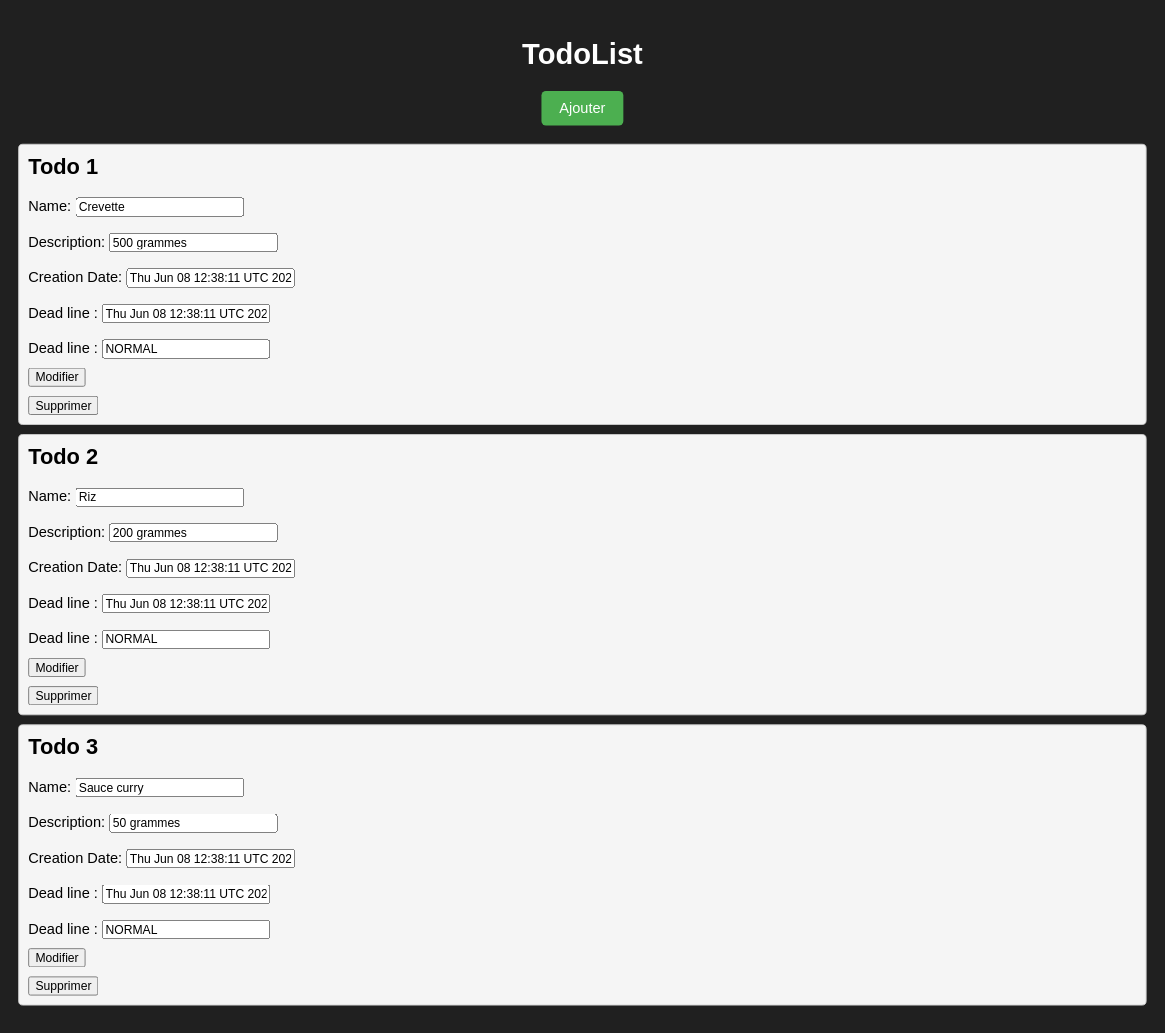
Repository: HugoGit-Hub/TodoList
Page: http://localhost/todo-list/TodoList
These files come from the project's save history. The page is drawn as it stood at one moment and after the next save; the edit follows.
The browser window is 1280 px wide. The pictures show the whole page, at 91% of full size.
The page is served by Tomcat 9.

Above is the page before, as saved 2023-06-08 17:17:48.

After the next save:
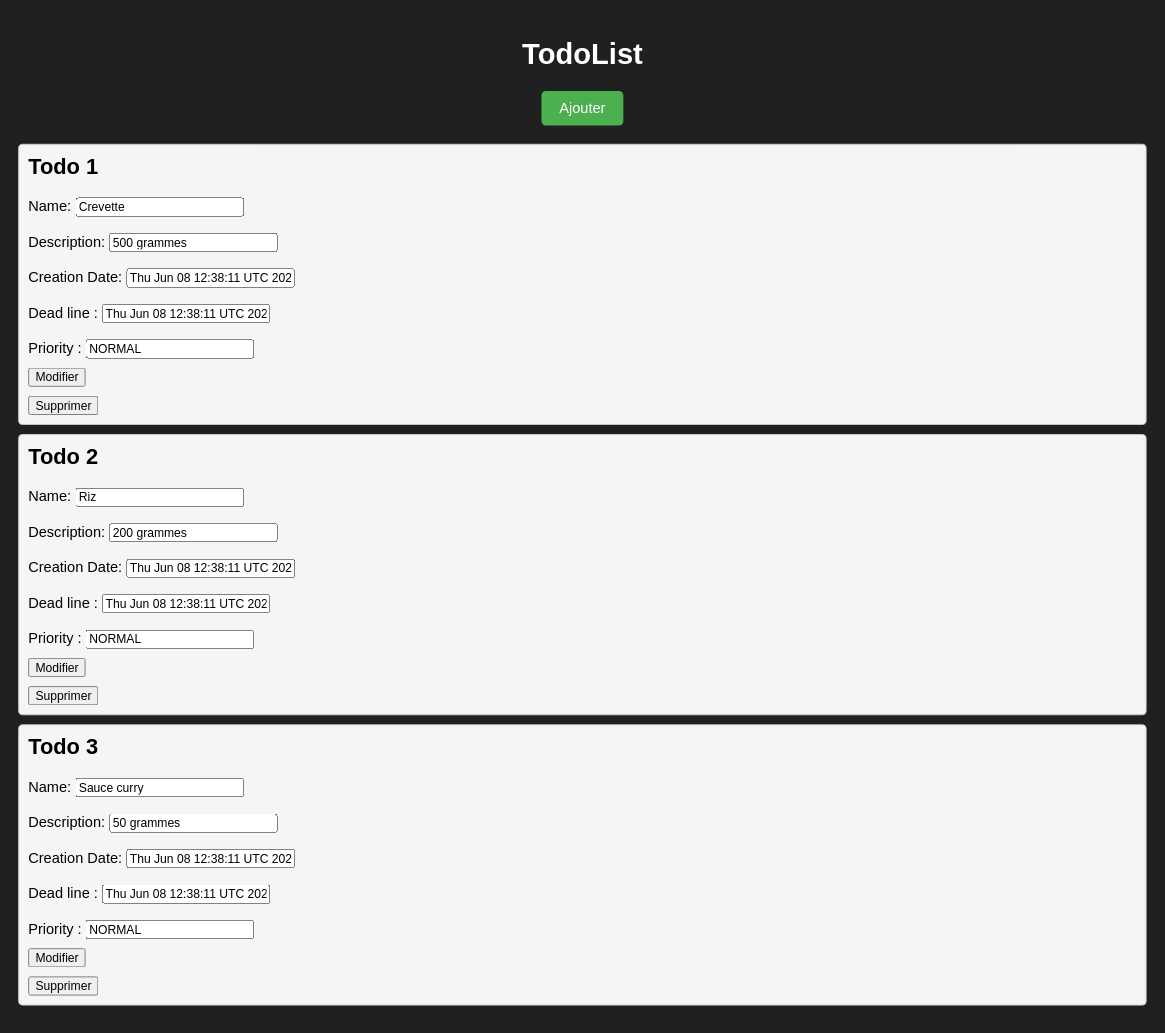
Saved 31 s later.
--- a/todo-list/src/main/webapp/jsp/todoList.jsp
+++ b/todo-list/src/main/webapp/jsp/todoList.jsp
@@ -40,7 +40,7 @@
 							<label for="deadLine">Dead line :</label>
 							<input type="text" id="deadLine" name="deadLine" value="${todo.getDeadLine()}"><br/><br/>
 
-							<label for="priority">Dead line :</label>
+							<label for="priority">Priority :</label>
 							<input type="text" id="priority" name="priority" value="${todo.getPriority()}">
 					 		<div class="buttons">
 								<input type="submit" name="action" value="Modifier">
